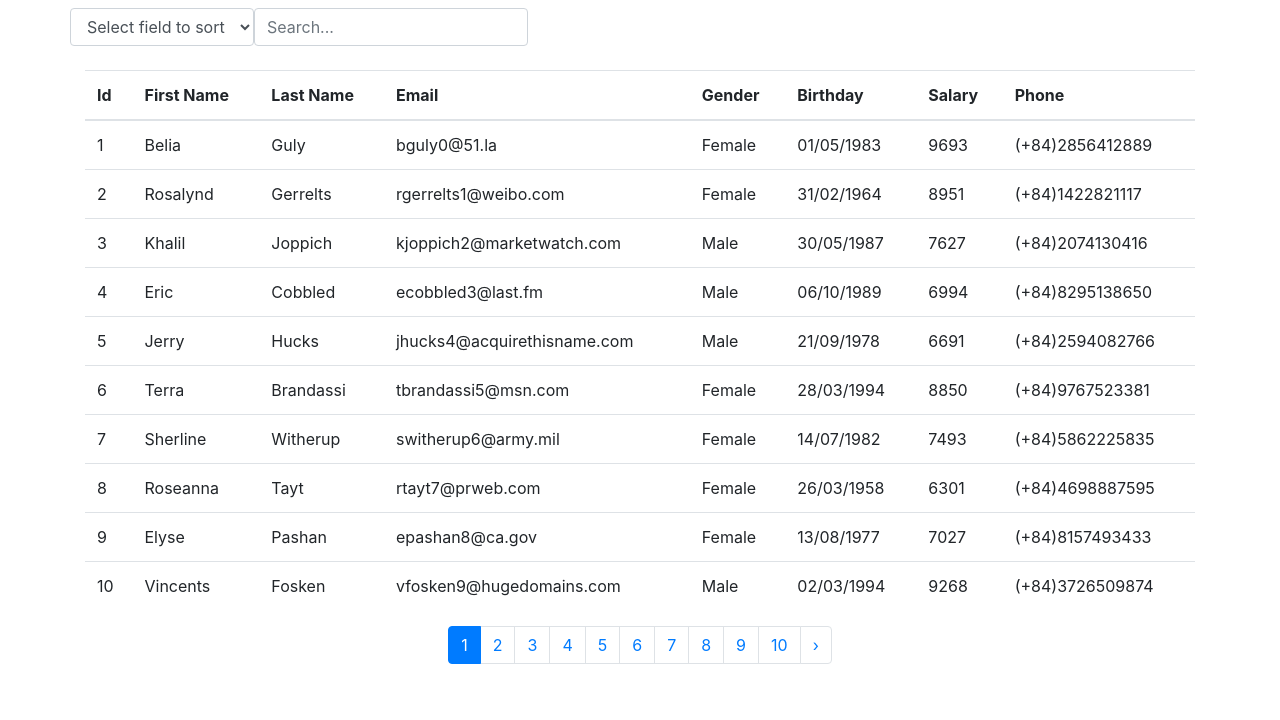
Repository: nguy3nds/table-app
Page: /
An editor plug-in stored every save of this project. The page is shown before and after the next save, followed by the edit.
The browser window is 1280 px wide. The pictures show the whole page.
The project was rebuilt for these pictures with package versions that can differ from the ones it lists, and the page was loaded fresh each time.

Above is the page before, as saved 2021-09-21 14:51:50.

### src/index.tsx
import React from 'react';
import ReactDOM from 'react-dom';
import './index.css';
import App from './App';
import reportWebVitals from './reportWebVitals';
import 'bootstrap/dist/css/bootstrap.min.css';

ReactDOM.render(
  <React.StrictMode>
    <App />
  </React.StrictMode>,
  document.getElementById('root')
);

// If you want to start measuring performance in your app, pass a function
// to log results (for example: reportWebVitals(console.log))
// or send to an analytics endpoint. Learn more: https://bit.ly/CRA-vitals
reportWebVitals();

### src/App.tsx
import "./App.css";
import Data from "./users.json";
import Form from "react-bootstrap/Form";
import { Col, Container, Row, Table } from "react-bootstrap";
import { ChangeEvent, useEffect, useState } from "react";
import PaginateComponent from "./components/PaginateComponent";
import SelectionBox from "./components/SelectionBox";
import UserInOnePage from "./components/UserInOnePage";

export interface User {
  id: number;
  firstName: string;
  lastName: string;
  email: string;
  gender: string;
  birthday: string;
  salary: number;
  phone: string;
}

const App: React.FC = () => {
  const [users, setUsers] = useState<User[]>([]);
  const [data, setData] = useState<User[]>(Data);
  const [currentPage, setCurrentPage] = useState<number>(1);

  const USER_PER_PAGE = 10;

  useEffect(() => {
    const indexLastUser = currentPage * USER_PER_PAGE;
    const indexFirstUser = indexLastUser - USER_PER_PAGE;
    const currentUsers = data.slice(indexFirstUser, indexLastUser);

    setUsers(currentUsers);
  }, [currentPage, data]);

  const onSort = (e: React.ChangeEvent<HTMLInputElement>) => {
    let keyObj: keyof User = e.target.value as keyof User;
    let sortedUsers = users.sort((a: User, b: User) => {
      if (a[keyObj] < b[keyObj]) return -1;
      if (a[keyObj] > b[keyObj]) return 1;
      return 0;
    });
    setUsers([...sortedUsers]);
  };

  const onSelectedPage = (pageNum: number) => {
    setCurrentPage(pageNum);
  };

  const onPrev = () => {
    setCurrentPage(currentPage - 1);
  };

  const onNext = () => {
    setCurrentPage(currentPage + 1);
  };

  const onSearch = (e: ChangeEvent<HTMLInputElement>) => {
    let searchUsers = Data.filter((user: User) => {
      for (let prop in user) {
        if (
          user[prop as keyof User]
            .toString()
            .toLowerCase()
            .includes(e.target.value.toLowerCase())
        ) {
          return user;
        }
      }
      return false;
    });
    setData(searchUsers);
  };

  return (
    <div className="App">
      <Container>
        <Table>
          <Row className="my-2">
            <SelectionBox handleSelection={onSort} />

            <Form>
              <Form.Group>
                <input
                  className="form-control"
                  type="text"
                  placeholder="Search..."
                  onChange={onSearch}
                />
              </Form.Group>
            </Form>
          </Row>

          <UserInOnePage users={users} />

          {data.length !== 0 && (
            <Row className="justify-content-center">
              <PaginateComponent
                pageNumber={Math.ceil(data.length / USER_PER_PAGE)}
                currentPage={currentPage}
                onSelectPage={onSelectedPage}
                handlePrev={onPrev}
                handleNext={onNext}
              />
            </Row>
          )}

          {data.length === 0 && (
            <Row className="justify-content-center">
              <p>Couldn't find anything for these key words</p>
            </Row>
          )}
        </Table>
      </Container>
    </div>
  );
};

export default App;

### src/components/PaginateComponent.tsx
import { Pagination } from 'react-bootstrap';

function PaginateComponent({ pageNumber, currentPage, onSelectPage, handlePrev, handleNext }: any) {
    let items = [];
    for (let number = 1; number <= pageNumber; number++) {
        items.push(
            <Pagination.Item key={number} active={number === currentPage} onClick={() => onSelectPage(number)}>
                {number}
            </Pagination.Item>,
        );
    }
    return (
        <div>
            <Pagination>
                {currentPage !== 1 && <Pagination.Prev onClick={handlePrev} />}
                {items}
                {currentPage !== pageNumber && <Pagination.Next onClick={handleNext}/>}
            </Pagination>
        </div>
    );
}

export default PaginateComponent;

### src/components/SelectionBox.tsx
import Form from "react-bootstrap/Form";
import React from "react";

// // Type '{ handleSelection: (e: ChangeEvent<HTMLInputElement>) => void; }' is not assignable to type 'IntrinsicAttributes & Event & { children?: ReactNode; }'.
//   Property 'handleSelection' does not exist on type 'IntrinsicAttributes & Event & { children?: ReactNode; }'.

const SelectionBox: React.FC<any> = ({ handleSelection }) => {
  return (
    <Form>
      <Form.Group>
        <Form.Control as="select" onChange={handleSelection}>
          <option>Select field to sort</option>
          <option value={"id"}>Id</option>
          <option value={"firstName"}>First Name</option>
          <option value={"lastName"}>Last Name</option>
          <option value={"email"}>Email</option>
          <option value={"gender"}>Gender</option>
          <option value={"birthday"}>Birthday</option>
          <option value={"salary"}>Salary</option>
          <option value={"phone"}>Phone</option>
        </Form.Control>
      </Form.Group>
    </Form>
  );
};

export default SelectionBox;

### src/components/UserInOnePage.tsx
import React from "react";
import Col from "react-bootstrap/esm/Col";
import Row from "react-bootstrap/esm/Row";
import TableData from "./TableData";

const UserInOnePage = (props: any) => {
  const formatDate = (date: string): string => {
    let d = new Date(date);
    let day =
      d.getDate().toString().length === 2
        ? d.getDate().toString()
        : "0" + d.getDate().toString();
    let month =
      d.getMonth().toString().length === 2
        ? d.getMonth().toString()
        : "0" + d.getMonth().toString();
    return day + "/" + month + "/" + d.getFullYear().toString();
  };

  const content = props.users.map((user: any) => (
    <tr key={user.id}>
      <td>{user.id}</td>
      <td>{user.firstName}</td>
      <td>{user.lastName}</td>
      <td>{user.email}</td>
      <td>{user.gender}</td>
      <td>{formatDate(user.birthday)}</td>
      <td>{user.salary}</td>
      <td>{"(+84)" + user.phone.replace(/-/g, "")}</td>
    </tr>
  ));

  return (
    <div>
      {props.users.length !== 0 && (
        <Row>
          <Col>
            <TableData content={content} />
          </Col>
        </Row>
      )}
    </div>
  );
};

export default UserInOnePage;

### src/components/TableData.tsx
import React from "react";
import Table from "react-bootstrap/Table";

const TableData: React.FC<any> = ({ content }) => {
  return (
    <Table>
      <thead>
        <tr>
          <th>Id</th>
          <th>First Name</th>
          <th>Last Name</th>
          <th>Email</th>
          <th>Gender</th>
          <th>Birthday</th>
          <th>Salary</th>
          <th>Phone</th>
        </tr>
      </thead>
      <tbody>{content}</tbody>
    </Table>
  );
};

export default TableData;

Loaded but not shown: public/index.html (common file); src/index.css (common file); src/reportWebVitals.ts (common file); src/users.json (1002 lines, source omitted); src/App.css (no stored copy; drawn as an empty file)

After the next save:
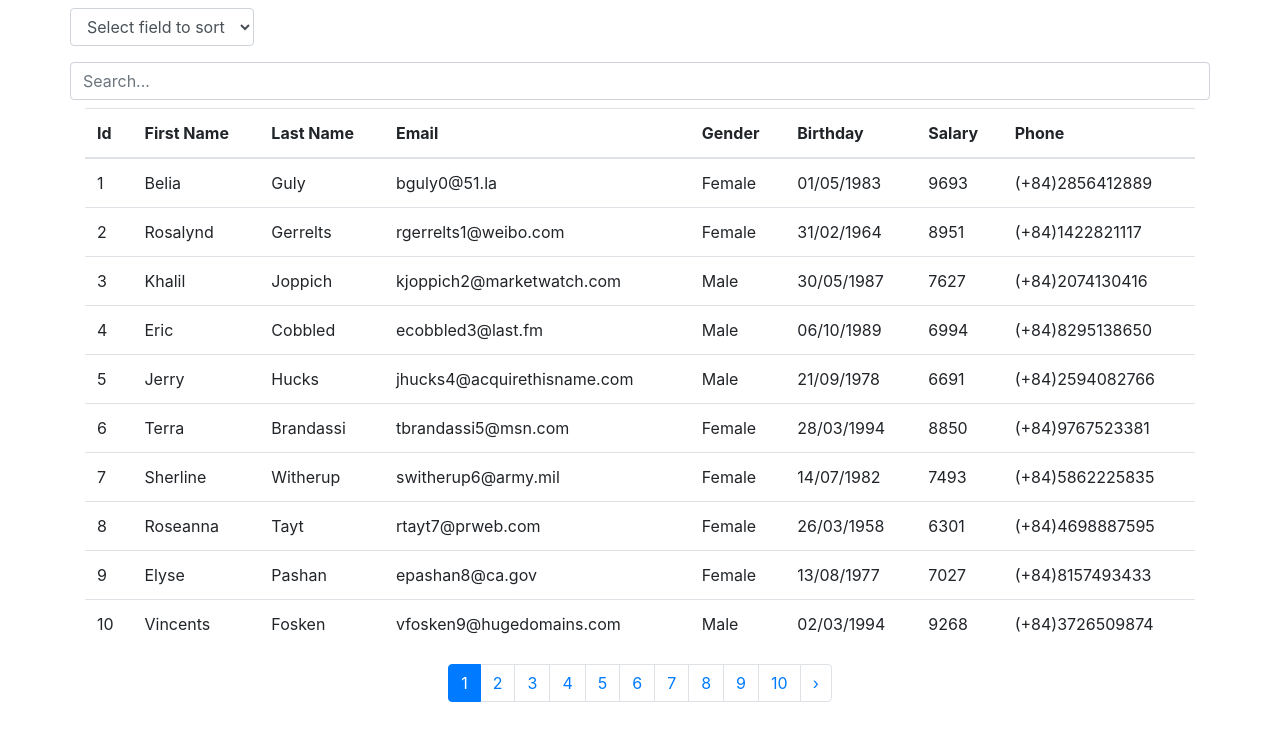
Saved 15 s later.
--- a/src/App.tsx
+++ b/src/App.tsx
@@ -78,17 +78,12 @@
         <Table>
           <Row className="my-2">
             <SelectionBox handleSelection={onSort} />
-
-            <Form>
-              <Form.Group>
-                <input
-                  className="form-control"
-                  type="text"
-                  placeholder="Search..."
-                  onChange={onSearch}
-                />
-              </Form.Group>
-            </Form>
+            <input
+              className="form-control"
+              type="text"
+              placeholder="Search..."
+              onChange={onSearch}
+            />
           </Row>
 
           <UserInOnePage users={users} />

After the save that followed:
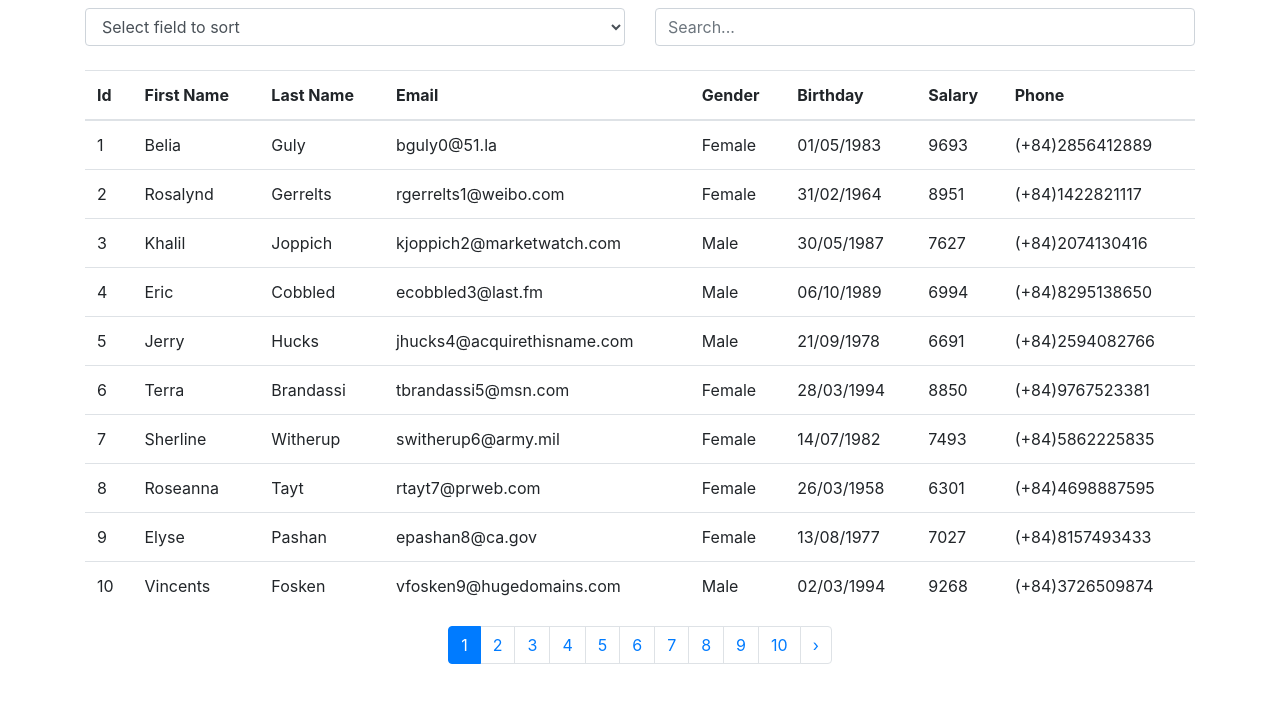
Saved 112 s later.
--- a/src/App.tsx
+++ b/src/App.tsx
@@ -77,13 +77,17 @@
       <Container>
         <Table>
           <Row className="my-2">
-            <SelectionBox handleSelection={onSort} />
-            <input
-              className="form-control"
-              type="text"
-              placeholder="Search..."
-              onChange={onSearch}
-            />
+            <Col>
+              <SelectionBox handleSelection={onSort} />
+            </Col>
+            <Col>
+              <input
+                className="form-control"
+                type="text"
+                placeholder="Search..."
+                onChange={onSearch}
+              />
+            </Col>
           </Row>
 
           <UserInOnePage users={users} />
